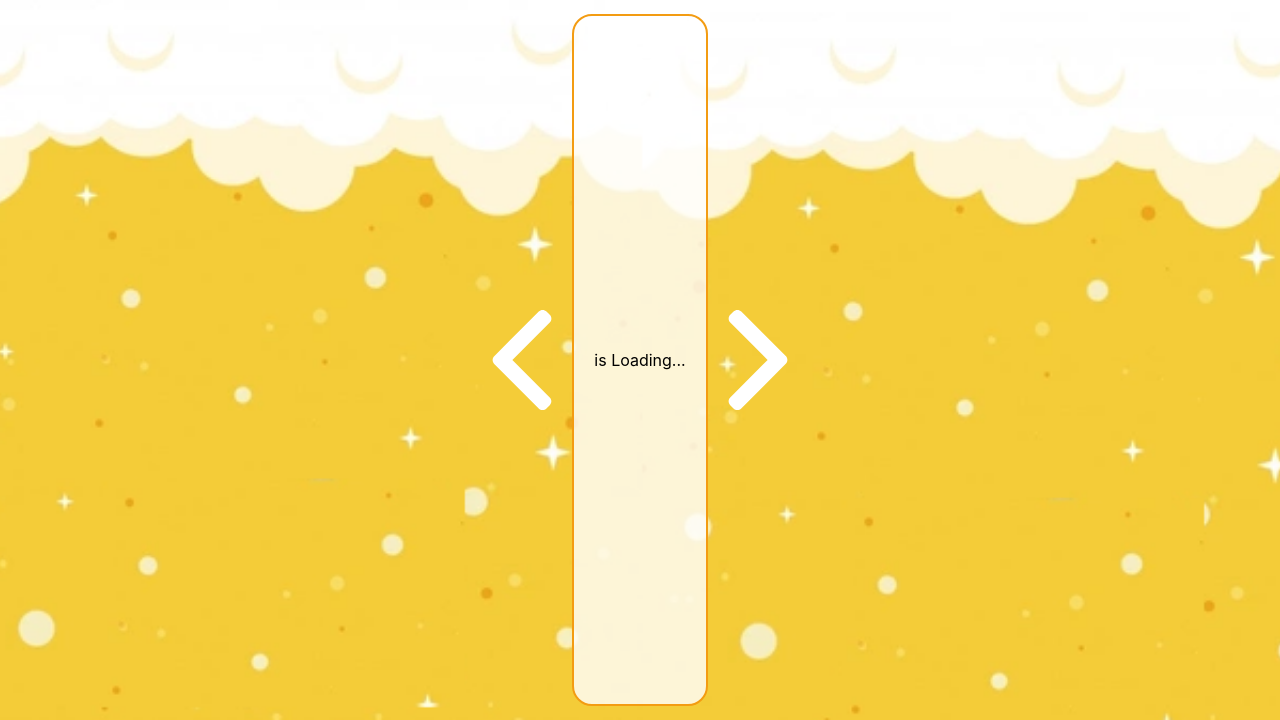
Repository: SebastianArmata22/Beer-app
Page: /
An editor plug-in stored every save of this project. The page is shown before and after the next save, followed by the edit.
The browser window is 1280 px wide. The pictures show the whole page.
The page's requests for data from a server got no answer. The project was rebuilt for these pictures with package versions that can differ from the ones it lists, and the page was loaded fresh each time. No one was signed in, and anything a server would have sent is missing. Also part of the build but not shown: src/Card.js.

Above is the page before, as saved 2021-02-12 23:28:37.

### src/index.css
body {
  margin: 0;
  font-family: -apple-system, BlinkMacSystemFont, 'Segoe UI', 'Roboto', 'Oxygen',
    'Ubuntu', 'Cantarell', 'Fira Sans', 'Droid Sans', 'Helvetica Neue',
    sans-serif;
  -webkit-font-smoothing: antialiased;
  -moz-osx-font-smoothing: grayscale;
  box-sizing: border-box;;

}

code {
  font-family: source-code-pro, Menlo, Monaco, Consolas, 'Courier New',
    monospace;
}

### src/App.js
import './App.css';
import Card from './Card.js'
import React from 'react'
import rigtArrow from'./right-arrow.svg'
import leftArrow from'./left-arrow.svg'


class App extends React.Component {

  constructor(props){
    super(props);
    this.state={
      isLoaded:false,
      data:[],
      isNext:true
    }
    this.counter=1
    this.nextBeer=this.nextBeer.bind(this)
    this.previousBeer=this.previousBeer.bind(this)
  }
  getUrl(){
   return `https://api.punkapi.com/v2/beers/${this.counter}`
  }
  getDateFromApi(url){
    fetch(url)
    .then(response=>response.json())
    .then(dataApi=>this.setState({
      isLoaded: true,
      data: dataApi}))
  }
  nextBeer(){
    this.setState({isLoaded: false})
    this.counter<325 && this.counter++
    this.getDateFromApi(this.getUrl())
    this.setState({isNext:true})
  }
 previousBeer(){
    this.setState({isLoaded: false})
    this.counter>1 && this.counter--
    this.getDateFromApi(this.getUrl());
    this.setState({isNext:false})
  }
  componentDidMount(){
    this.getDateFromApi(this.getUrl());
  }
  render(){
    return(
        <div className="app-container">
        <img className="svg-button" onClick={this.previousBeer} src={leftArrow} alt="previous" height='100px'/>
        {this.state.isLoaded ? <Card item={this.state.data} isNext={this.state.isNext} /> : <div className="card load-div">is Loading...</div>}
        <img className="svg-button" onClick={this.nextBeer} src={rigtArrow} alt="next" height='100px' />
        </div>

    )
  }
}

export default App;

### src/App.css
.app-container{
  width: 100%;
  min-height: 100vh;
  display: flex;
  justify-content: center;
  align-items: center;
}

.svg-button{
  cursor: pointer;
}

@media only screen and (max-width: 600px) {
  .svg-button{
    transform: scale(0.3);
  }

}

### src/Card.css
*{
    margin: 0;
    padding: 0;

}
body{
    background-image: url('./background.png');
    background-repeat: no-repeat;
    background-position: center;
    background-size: cover;
    overflow: hidden;
}
.card {
    border: 2px solid #f39c12;
    border-radius: 20px;
    max-width: 700px;
    display: flex;
    flex-direction: column;
    min-height: 90vh;
    padding: 20px;
    background-color: rgba(255, 255, 255,0.8);
}
.card h2{
    color: #f39c12;
}

.photo-beer{
    height: 50vh;
}
.photo-card{
    display: flex;
    align-items: center;
    flex-direction: column;

}

.load-div{
    display: flex;
     justify-content: center;
     align-items: center;
}

.text-card{
    position: relative;
    text-align: left;
}

@media only screen and (max-width: 600px) {
    .card{
        min-width: 200px;
    }
}

Loaded but not shown: public/index.html (common file); src/index.js (common file)

After the next save:
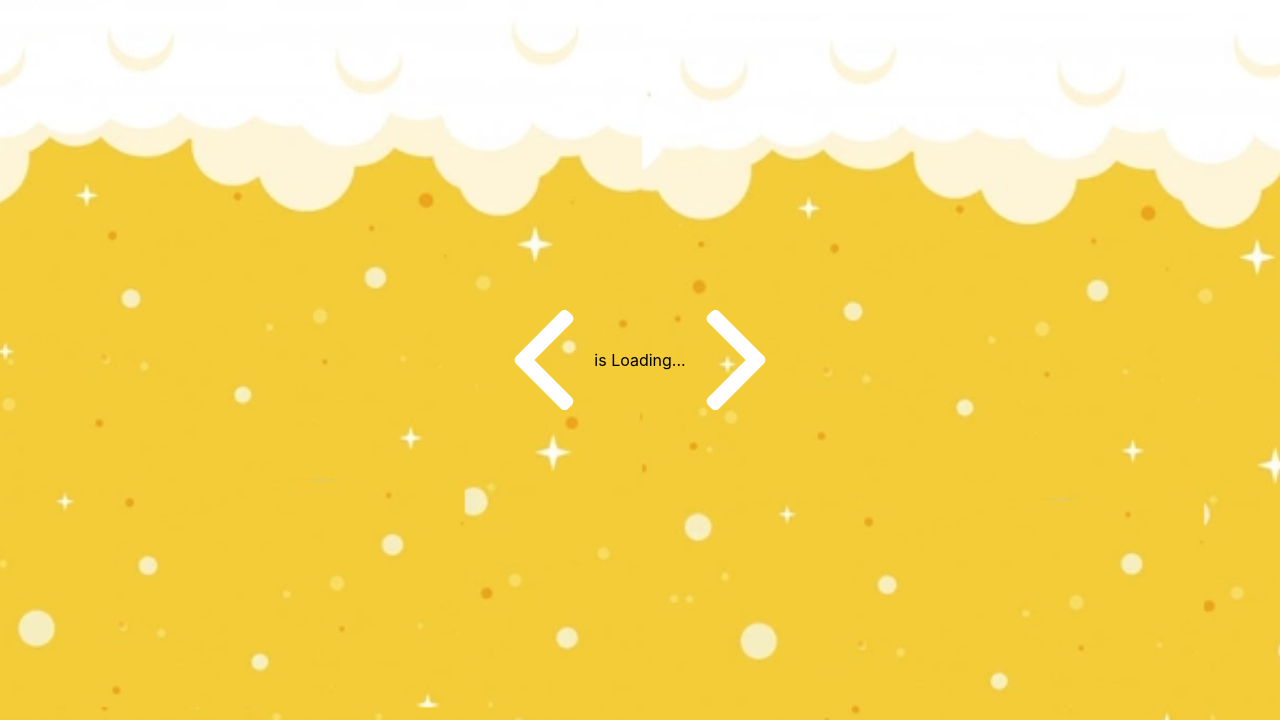
Saved 108 s later.
--- a/src/App.js
+++ b/src/App.js
@@ -47,7 +47,7 @@ class App extends React.Component {
     return(
         <div className="app-container">
         <img className="svg-button" onClick={this.previousBeer} src={leftArrow} alt="previous" height='100px'/>
-        {this.state.isLoaded ? <Card item={this.state.data} isNext={this.state.isNext} /> : <div className="card load-div">is Loading...</div>}
+        {this.state.isLoaded ? <Card item={this.state.data} isNext={this.state.isNext} /> : <div className=" load-div">is Loading...</div>}
         <img className="svg-button" onClick={this.nextBeer} src={rigtArrow} alt="next" height='100px' />
         </div>
 
